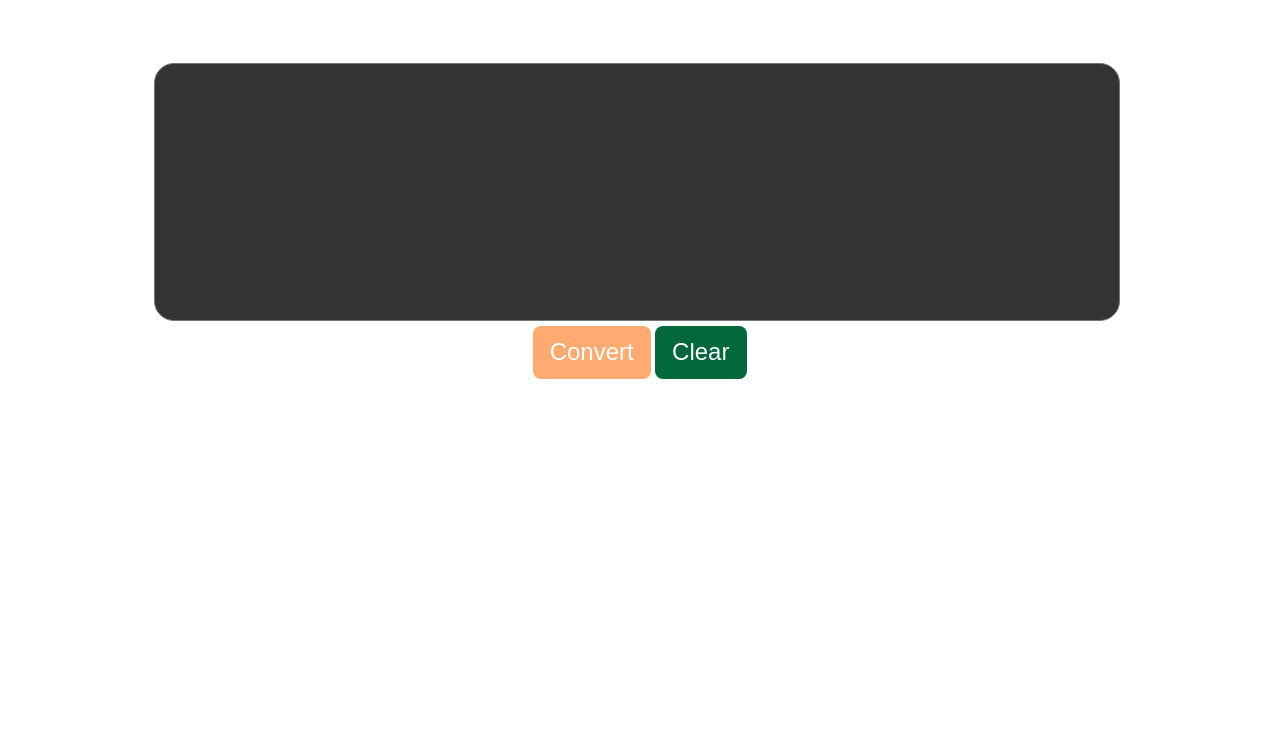
Repository: readwithpic/readwithpic.github.io
Page: platform14.html
The author's editor kept a record of every edit. The page is drawn from the files as they stood at one moment, then again after the next edit.
The browser window is 1280 px wide. The pictures show the whole page.
The first visible `#clear` is being pressed.
Some web libraries are served in a nearby version.

Above is the page before.
Console error: TypeError: Cannot read properties of undefined (reading 'length')

After the next edit:
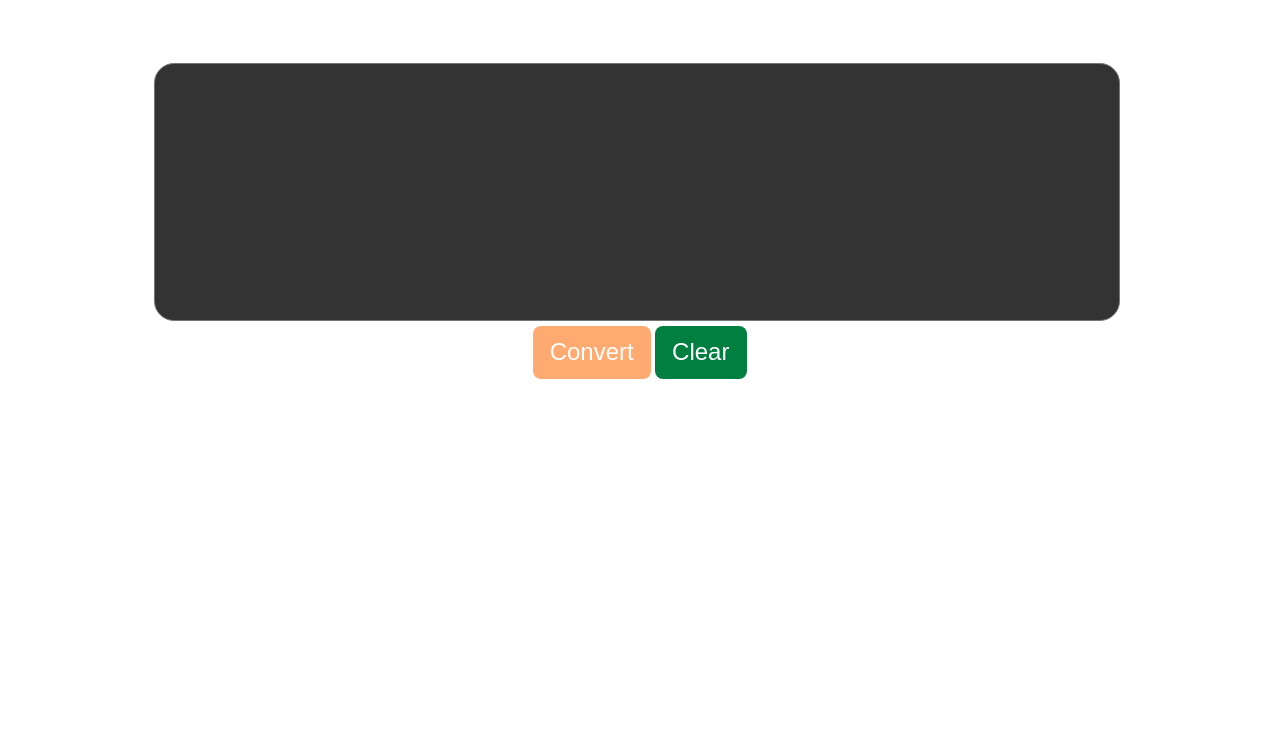
The edit:
--- a/style.css
+++ b/style.css
@@ -123,7 +123,7 @@
 
 
 #clear:active {
-   background-color: #00683B;
+   background-color: #007F41;
    }
 
 #roundB{
